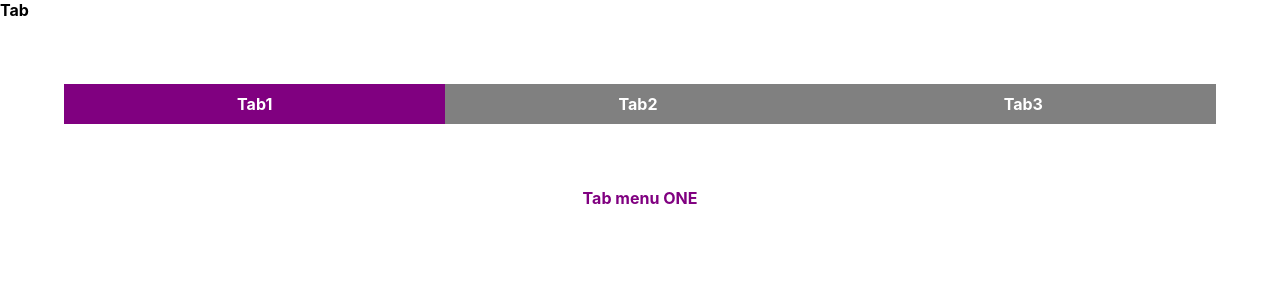
Repository: janghwahyun/wanted_pre_onboarding
Page: /Tab
An editor plug-in stored every save of this project. The page is shown before and after the next save, followed by the edit.
The browser window is 1280 px wide. The pictures show the whole page.
The project was rebuilt for these pictures with package versions that can differ from the ones it lists, and the page was loaded fresh each time. Also part of the build but not shown: src/component/ClickToEdit.js, src/component/AutoComplete.js, src/component/Modal.js, src/component/Tag.js, src/component/Toggle.js.

Above is the page before, as saved 2022-02-11 14:26:38.

After the next save:
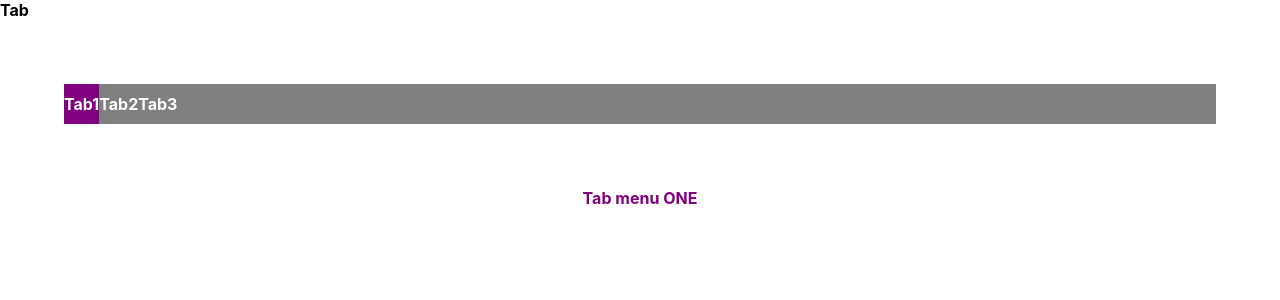
Saved 2 min 46 s later.
--- a/src/component/Tab.js
+++ b/src/component/Tab.js
@@ -49,7 +49,7 @@
   .submenu {
     display: flex;
     justify-content: center;
-    flex-grow: 1;
+
     cursor: pointer;
   }
 

After the save that followed:
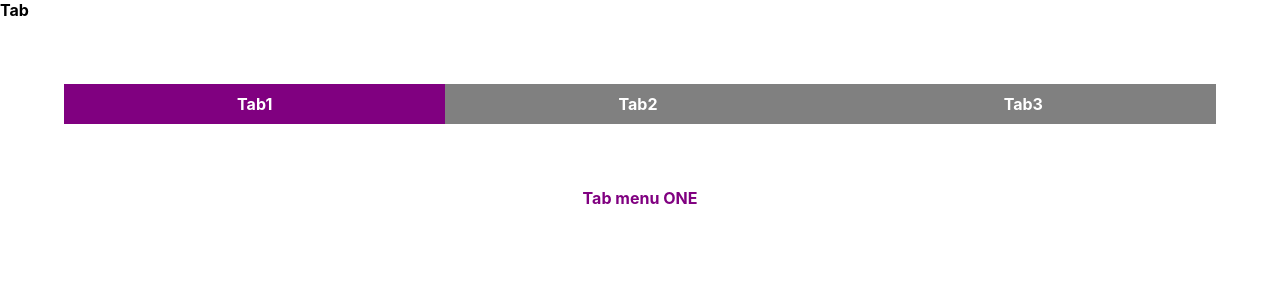
Saved 13 s later.
--- a/src/component/Tab.js
+++ b/src/component/Tab.js
@@ -49,7 +49,7 @@
   .submenu {
     display: flex;
     justify-content: center;
-
+    flex-grow: 1;
     cursor: pointer;
   }
 
